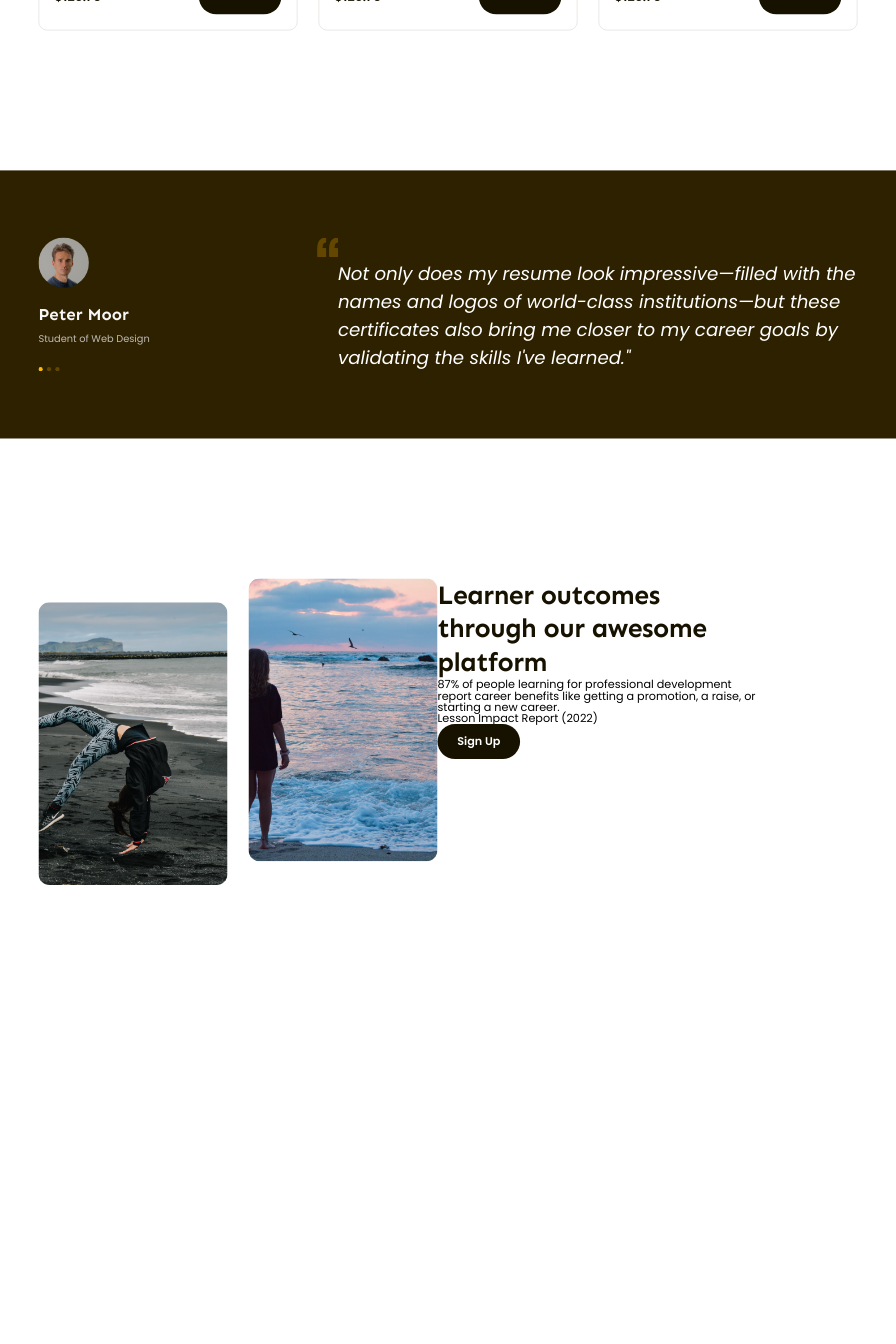
Repository: ynguyen1512/htmlcss-project-02
Page: index.html
The author's editor kept a copy of each file at every save. The page is drawn from the files as they stood at one save, then again after the next save.
The browser window is 1280 px wide. The pictures show the part of the page from y = 1698 to 3618 px (the page is 5000 px tall), at 70% of full size.
Pictures or frames that could not be fetched are drawn as grey boxes. A picture or video elsewhere on the page could not be fetched, so the positions and the page height are approximate.

Above is the page before, as saved 2023-03-08 23:22:11.

After the next save:
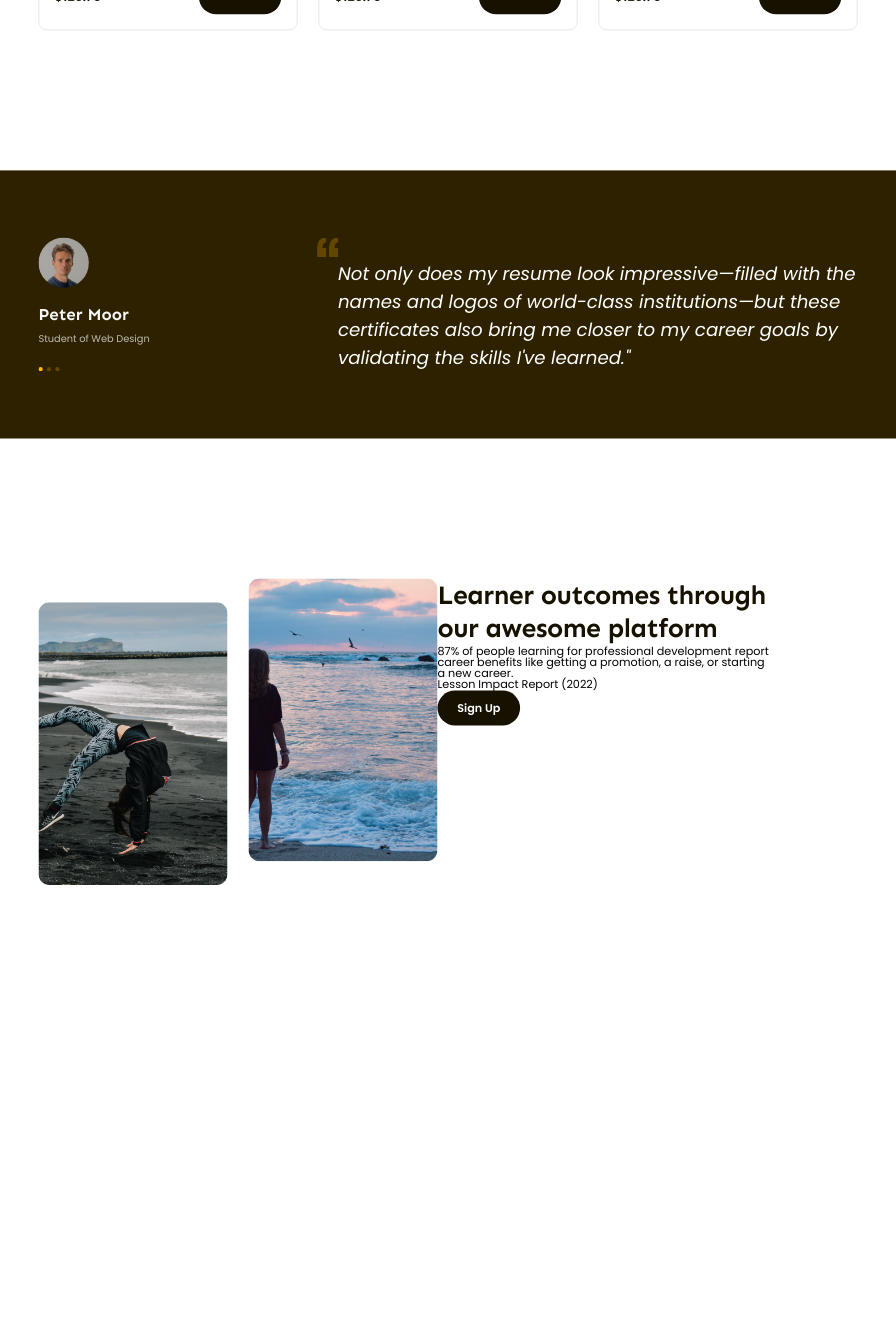
Saved 11 s later.
--- a/assets/css/style.css
+++ b/assets/css/style.css
@@ -513,5 +513,5 @@ a {
 }
 
 .features .content {
-    width: 40%;
-}
+    width: 41%;
+}
